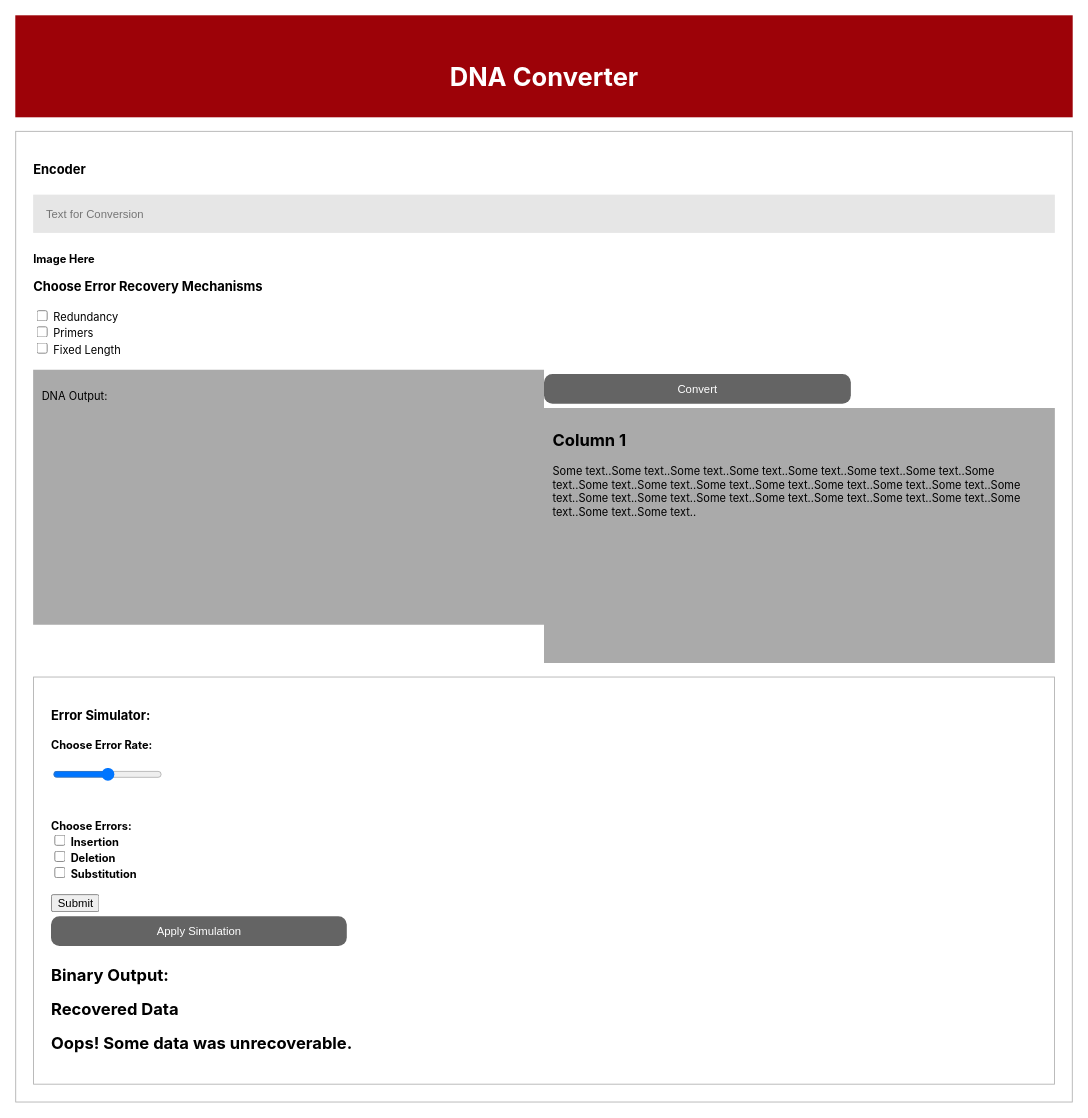
Repository: komalharjani/MSc-Thesis-DNA-Storage
Page: index.html
These files come from the project's save history. The page is drawn as it stood at one moment and after the next save; the edit follows.
The browser window is 1280 px wide. The pictures show the whole page, at 85% of full size.

Above is the page before, as saved 2020-08-16 22:21:41.

### index.html
<!DOCTYPE html>
<html lang="en">

<head>
    <link href="index.css" rel="stylesheet">
    <meta charset="UTF-8">
    <meta name="viewport" content="width=device-width, initial-scale=1.0">
    <title>Document</title>
</head>

<body>
    <div id="LoginPage">
        <div class="header"><br>
            <h2> DNA Converter </h2>
        </div><br>

        <div class="loginContainer">
            <h3>Encoder</h3>
            <input type="text" placeholder="Text for Conversion" id="textToConvert" required class="input">
            <label for="text"><b>Image Here</b></label>
            <h3>Choose Error Recovery Mechanisms</h3>
            <form>
                <input type="checkbox" id="vehicle1" name="vehicle1" value="Bike">
                <label for="vehicle1"> Redundancy </label><br>
                <input type="checkbox" id="vehicle2" name="vehicle2" value="Car">
                <label for="vehicle2"> Primers </label><br>
                <input type="checkbox" id="vehicle3" name="vehicle3" value="Boat">
                <label for="vehicle3"> Fixed Length</label><br><br>
            </form>
            <button onclick="onSubmit()" id="submit">Convert</button>
            <div class="column" style="background-color:#aaa;">
                <p id="dnaOutput">DNA Output:</p>
            </div>
            <div class="row">
                <div class="column" style="background-color:#aaa;">
                  <h2>Column 1</h2>
                  <p>Some text..Some text..Some text..Some text..Some text..Some text..Some text..Some text..Some text..Some text..Some text..Some text..Some text..Some text..Some text..Some text..Some text..Some text..Some text..Some text..Some text..Some text..Some text..Some text..Some text..Some text..</p>
            </div>

        </div><br>
        <div class="loginContainer">
            <h3>Error Simulator:</h3>
            <h4>Choose Error Rate:</h4>
            <input type="range" name="rangeInput" min="0" max="10" onchange="updateTextInput(this.value);">
            <input type="number" id="textInput" value="" class="range" max="10"><br>
            <h4>Choose Errors:</h4<br>
                <form>
                    <input type="checkbox" id="vehicle1" name="vehicle1" value="Bike">
                    <label for="vehicle1"> Insertion </label><br>
                    <input type="checkbox" id="vehicle2" name="vehicle2" value="Car">
                    <label for="vehicle2"> Deletion </label><br>
                    <input type="checkbox" id="vehicle3" name="vehicle3" value="Boat">
                    <label for="vehicle3"> Substitution </label><br><br>
                    <input type="submit" value="Submit">
                </form>
                <button onclick="" id="error">Apply Simulation</button><br>
                <!--Take Error Rate from On Submit-->
                <h2>Binary Output:</h2>
                <h2>Recovered Data</h2>
                <h2>Oops! Some data was unrecoverable. </h2>
        </div>
    </div>

</body>
<script src="index.js"></script>

</html>

### index.css
body {
    background-color:white;
    resize: both;
    overflow: auto;
}

.labelText {
  width: 100%;
  padding: 15px;
  margin: 5px 0 22px 0;
  display: inline-block;
  border: none;
  background: #cacaca;
}

.search {
  width: 30%;
  padding: 15px;
  margin: 5px 0 22px 0;
  display: inline-block;
  border: none;
  background: #e6e6e6;
}

.runBtn {
  background-color: #000000;
  border: 1px solid #ffffff;
  color: rgb(255, 255, 255);
  padding: 14px 20px;
  margin-top: 5px;
  margin-bottom: 5px;
  margin-right: 2px;
  margin-left: 0;
  border: none;
  cursor: pointer;
  width: 100%;
  opacity: 0.9;
  font-size: 15px;
}

#map{
  height: 400px;
  width: 100%;
}

#profile {
  border-radius: 50%;
}

.profile {
    padding: 10px;
    text-align: center;
    height: auto;
}

/* Full-width input fields */
.input {
  width: 100%;
  padding: 15px;
  margin: 5px 0 22px 0;
  display: inline-block;
  border: none;
  background: #e6e6e6;
}

.range {
  margin: 5px 0 22px 0;
  display: inline-block;
  border: none;
  text-align: right;
}

li {
  width: 100%;
  padding: 15px;
  margin: 5px 0 22px 0;
  display: inline-block;
  border: none;
  background: #cacaca;
}

ul {
  padding: 0;
}


/* Add a background color when the inputs get focus */
input[type=text]:focus, input[type=password]:focus {
  background-color: rgb(184, 184, 184);
  outline: none;
}

/* button {
  background-color: #000000;
  color: rgb(255, 255, 255);
  padding: 14px 20px;
  margin: 8px;
  border: none;
  cursor: pointer;
  width: 30%;
  opacity: 0.9;
  border-radius: 20px;
} */

.loginContainer {
  width: 100%;
  float: center;
  padding: 20px;
  border: 0.5px solid #afafaf;
  height: auto;

}

.row:after {
  content: "";
  display: table;
  clear: both;
}

.column {
  float: left;
  width: 50%;
  padding: 10px;
  height: 300px;
}

/* Set a style for all buttons */
.button {
  background-color: #000000;
  color: rgb(255, 255, 255);
  padding: 10px;
  width: 100%;
  border: none;
  border-radius: 10px;
}

button {
  background-color: rgb(100, 100, 100);
  color: rgb(255, 255, 255);
  padding: 10px;
  width: 30%;
  margin-top: 5px;
  margin-bottom: 5px;
  margin-right: 2px;
  margin-left: 0;
  border: none;
  border-radius: 10px;
}

button:hover {
  opacity: 0.8;
}

/* Extra styles for the cancel button */
.cancelbtn {
  padding: 14px 20px;
  background-color: whitesmoke;
}

/* Float cancel and signup buttons and add an equal width */
.cancelbtn, .signupbtn {
  float: right;
  width: 100%;
}


/* Style the horizontal ruler */
hr {
  border: 1px solid #f1f1f1;
  margin-bottom: 25px;
}

/* Change styles for cancel button and signup button on extra small screens */
@media screen and (max-width: 300px) {
  .cancelbtn, .signupbtn {
     width: 100%;
  }
}
/* OLD BELOW!!!!! */

* {
    box-sizing: border-box;
  }

  /* Add a gray background color with some padding */
  body {
    font-family: -apple-system, BlinkMacSystemFont, 'Segoe UI', Roboto, Oxygen, Ubuntu, Cantarell, 'Open Sans', 'Helvetica Neue', sans-serif;
    padding: 10px;
    background: #ffffff;
    font-size: 13px;
  }
  table {
    font-family: arial, sans-serif;
    border-collapse: collapse;
    width: 100%;
  }

  td, th {
    border: 1px solid #dddddd;
    text-align: left;
    padding: 8px;
  }

  tr:nth-child(even) {
    background-color: #dddddd;
  }
  /* Header Title */
  .header {
    padding: 5px;
    font-size: 20px;
    text-align: center;
    background: #9d0208;
    color: white;
  }

  .login {
    width:300px;
    height:500px;
    position: fixed;
    top: 50%;
    left: 50%;
    margin-top: -125px;
    margin-left: -150px;
  }

  /* Split Screen into Columns */

  .rightcolumn {
    float: right;
    width: 50%;
    padding: 10px;
  }

  .leftcolumn {
    float: left;
    width: 20%;
    padding: 10px;
    background-color: rgb(255, 255, 255);
  }

  .left {
    float: right;
    width: 50%;
    background-color: rgb(255, 255, 255);
  }

  .right {
    float: right;
    width: 50%;
    background-color: rgb(255, 255, 255);
  }

  .centercolumn {
    float: left;
    width: 80%;
    padding: 10px;
    background-color: rgb(255, 255, 255);
  }

  .title {
    color: grey;
    font-size: 18px;
  }

  .rightcolumn {
    float: left;
    width: 30%;
    padding: 10px;
    background-color: rgb(255, 255, 255);
  }

  .box {
    background-color: rgb(255, 255, 255);
    width: 100%;
    padding: 15px;
  }


  .card {
     background-color: whitesmoke;
     padding: 15px;
  }

  .row:after {
    content: "";
    display: table;
    clear: both;
  }

  /* Footer */
  .footer {
    padding: 20px;
    text-align: center;
    background: #ddd;
    margin-top: 20px;
  }

  /* Responsive layout - when the screen is less than 800px wide, make the two columns stack on top of each other instead of next to each other */
  @media screen and (max-width: 800px) {
    .leftcolumn, .rightcolumn {
      width: 100%;
      padding: 0;
    }
  }

  tr:nth-child(even) {
    background-color: #3b37377c;
  }

  button:hover {
    opacity:1;
  }

  /* Extra styles for the cancel button */
  .cancelbtn {
    padding: 14px 20px;
    background-color: #000000;
  }

  /* Float cancel and signup buttons and add an equal width */
  .cancelbtn, .signupbtn {
    float: right;
    width: 100%;
  }

  .containerForm {
    width: 50%;
    float: left;
    padding: 10px;
    background-color: rgb(255, 255, 255);
  }

  /* Add padding to container elements */
  .container {
    width: 100%;
    float: left;
    padding: 10px;
    background-color: rgb(255, 255, 255);
  }

  #result {
    color: red;
  }

  .submitComment {
    background-color: white;
    color: black;
    border: 1px solid #888;
    width: 100%;
    float: right;
  }

  .submitComment :hover {
    background-color: rgb(138, 138, 138);
  }

  .readMore {
    background-color: rgb(216, 216, 216);;
    color: black;
    width: 40%;
    margin: 5px;
  }

  .logoutBtn {
    color: white;
    background-color: #9d0208 ;
    border: 1px solid rgb(255, 255, 255);
    margin: 10px;
  }

  .logoutBtn:hover {
    opacity: 0.7;
  }

  .register {
    color: black;
    background-color: white ;
    border: 1px solid rgb(255, 255, 255);
    margin: 10px;
    opacity: 0.8;
  }

  .register:hover {
    opacity: 1;
  }

  .runPostsStyle {
    background-color: rgb(255, 255, 255);
    padding: 20px;
    border-radius: 10px;
    margin-top: 20px;
    width: 100%;
    overflow: hidden;
    border: 1px solid rgb(0, 0, 0);
    columns: 2;
  }



  .commentPost {
    background-color: whitesmoke;
    padding: 20px;
    border-radius: 10px;
    margin-top: 20px;
    width: 100%;
    overflow: hidden;
  }

  .mapStyle {
    background-color: rgb(94, 0, 0);
    border-radius: 10px;
    width: 40%;
    height: 100px;
    border:solid black;
  }

  /* The Modal (background) */
  .modal {
    display: none; /* Hidden by default */
    position: fixed; /* Stay in place */
    left: 0;
    top: 0;
    width: 100%; /* Full width */
    height: 100%; /* Full height */
    overflow: auto; /* Enable scroll if needed */
    background-color:rgb(255, 255, 255);
    padding: 20px;
  }

  /* Modal Content/Box */
  .modal-content {
    background-color: #ffffff;
    margin: 5% auto 15% auto; /* 5% from the top, 15% from the bottom and centered */
    border: 1px solid #888;
    width: 80%; /* Could be more or less, depending on screen size */
  }

  .postTitle {
    font-size: 20px;
    font-weight: bold;
    color: #9d0208;
  }

  .dateDisplay {
    font-size: 20px;
    font-weight: bold;
  }

  .toFrom {
    font-size: 14px;
    font-weight: bold;
  }

  /* Style the horizontal ruler */
  hr {
    border: 1px solid #f1f1f1;
    margin-bottom: 25px;
  }

  /* The Close Button (x) */
  .close {
    position: absolute;
    right: 35px;
    top: 15px;
    font-size: 40px;
    font-weight: bold;
    color: #000000;
  }

  .close:hover,
  .close:focus {
    color: #ff8484;
    cursor: pointer;
  }

  /* Clear floats */
  .clearfix::after {
    content: "";
    clear: both;
    display: table;
  }

  /* Change styles for cancel button and signup button on extra small screens */
  @media screen and (max-width: 300px) {
    .cancelbtn, .signupbtn {
       width: 100%;
    }
  }

  .dropbtn {
    background-color: #E6E6E6;
    color: rgb(85, 85, 85);
    padding: 16px;
    font-size: 16px;
    border: none;
    width: 100px;
    cursor: pointer;
  }

  .dropbtn:hover, .dropbtn:focus {
    background-color: rgb(187, 187, 187);
  }

  .dropdown {
    position: relative;
    display: inline-block;
  }

  .dropdown-content {
    display: none;
    position: absolute;
    background-color: #f1f1f1;
    min-width: 160px;
    overflow: auto;
    box-shadow: 0px 8px 16px 0px rgba(0,0,0,0.2);
    z-index: 1;
  }

  .dropdown-content a {
    color: black;
    padding: 12px 16px;
    text-decoration: none;
    display: block;
  }

  .dropdown a:hover {background-color: #ddd;}

  .show {display: block;}

Loaded but not shown: index.js (370 lines, source omitted)

After the next save:
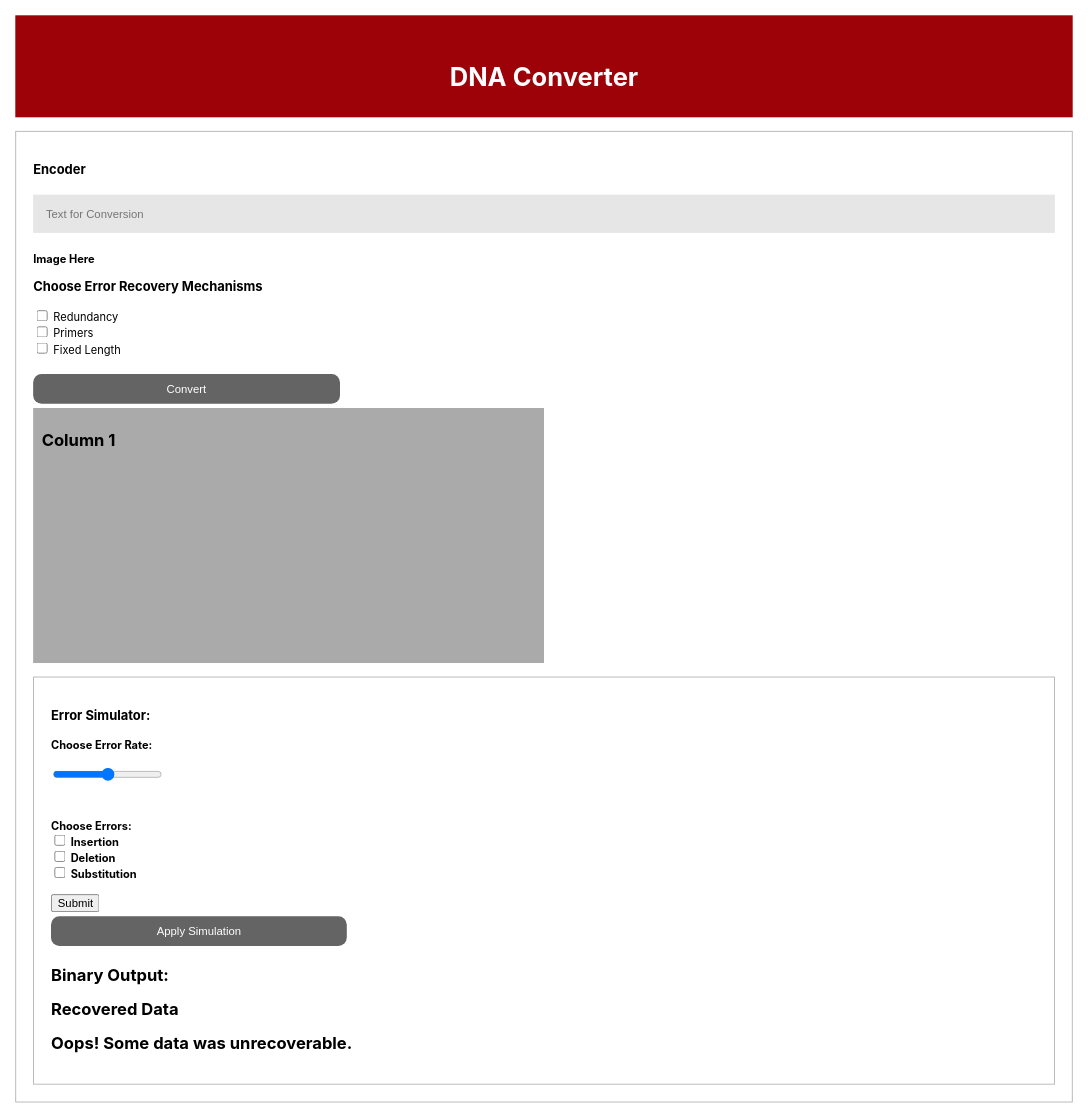
Saved 25 s later.
--- a/index.html
+++ b/index.html
@@ -28,13 +28,10 @@
                 <label for="vehicle3"> Fixed Length</label><br><br>
             </form>
             <button onclick="onSubmit()" id="submit">Convert</button>
-            <div class="column" style="background-color:#aaa;">
-                <p id="dnaOutput">DNA Output:</p>
-            </div>
             <div class="row">
                 <div class="column" style="background-color:#aaa;">
                   <h2>Column 1</h2>
-                  <p>Some text..Some text..Some text..Some text..Some text..Some text..Some text..Some text..Some text..Some text..Some text..Some text..Some text..Some text..Some text..Some text..Some text..Some text..Some text..Some text..Some text..Some text..Some text..Some text..Some text..Some text..</p>
+                  <p id="dnaOutput"></p>
             </div>
 
         </div><br>

After the save that followed:
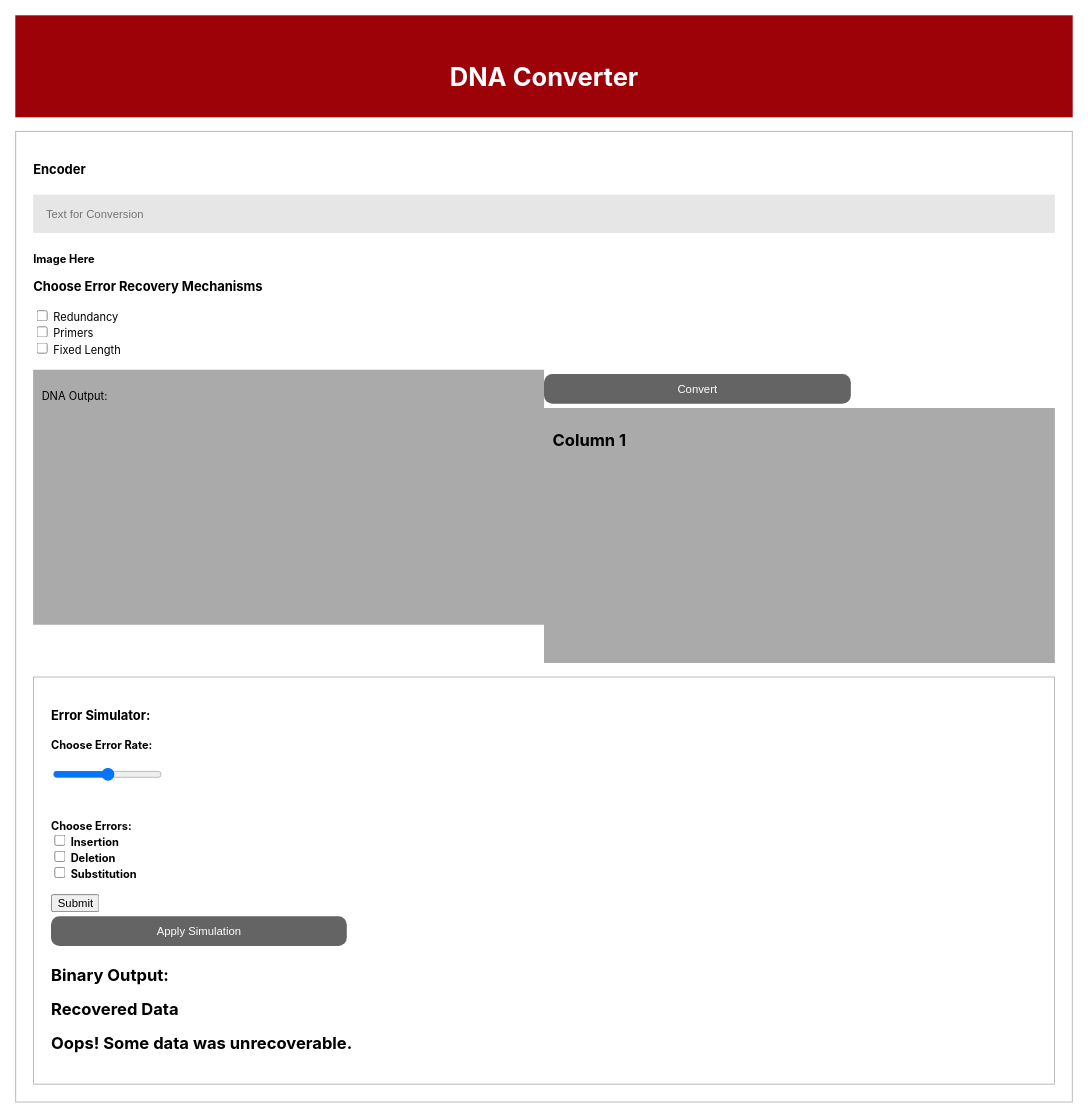
Saved 8 s later.
--- a/index.html
+++ b/index.html
@@ -28,6 +28,9 @@
                 <label for="vehicle3"> Fixed Length</label><br><br>
             </form>
             <button onclick="onSubmit()" id="submit">Convert</button>
+            <div class="column" style="background-color:#aaa;">
+                <p id="dnaOutput">DNA Output:</p>
+            </div>
             <div class="row">
                 <div class="column" style="background-color:#aaa;">
                   <h2>Column 1</h2>
